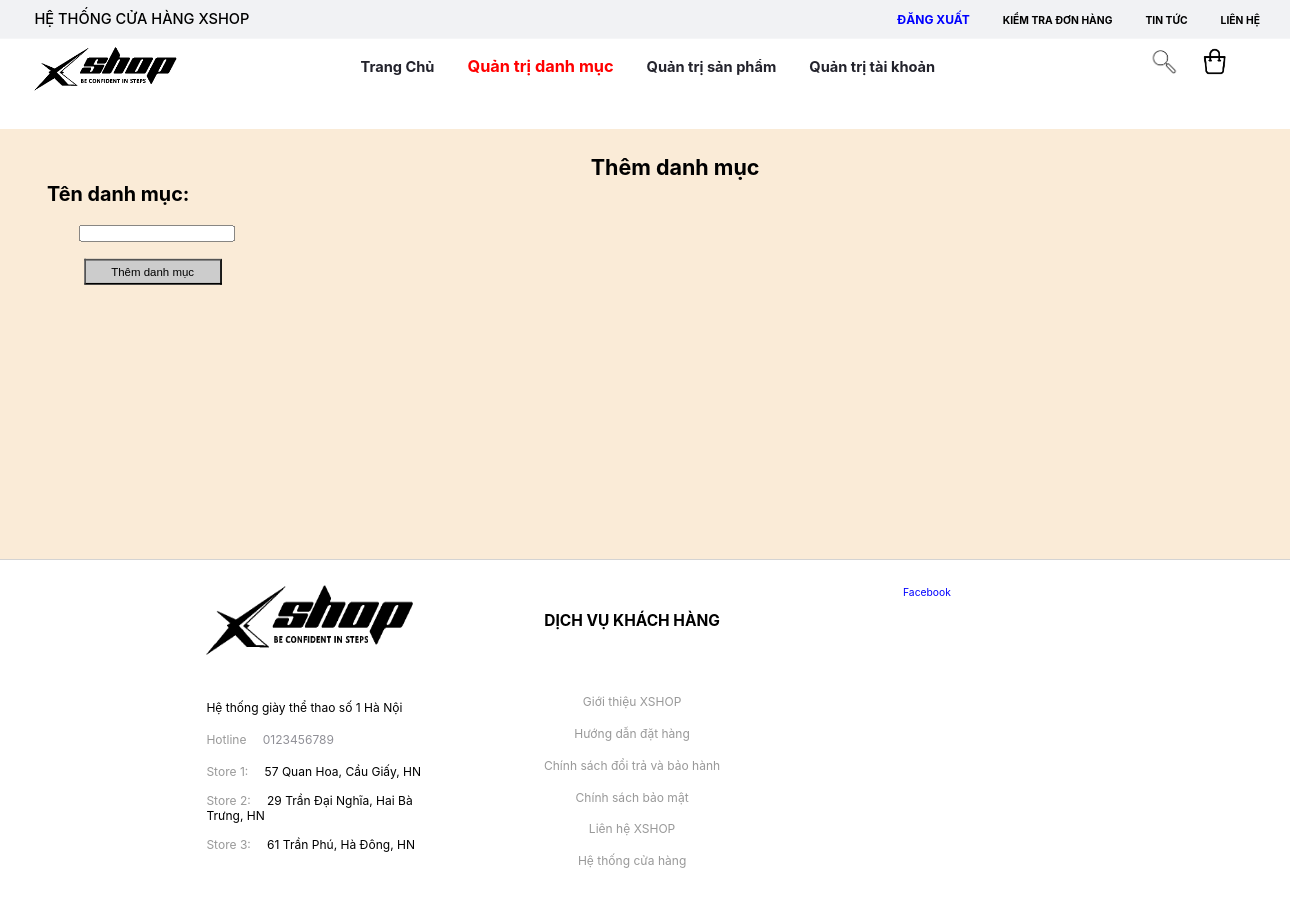
Repository: tienaq123/dam
Page: http://localhost/ass/ad/themdanhmuc.php
These files come from the project's save history. The page is drawn as it stood at one moment and after the next save; the edit follows.
The browser window is 1280 px wide. The page is 1500 px wide, so the pictures cover 1500 px, including what lies to the right of the window. The pictures show the whole page, at 86% of full size.
The page is run by PHP 8.4 with error messages shown; the project is at /var/www/html/.

Above is the page before, as saved 2021-10-14 06:05:28.

After the next save:
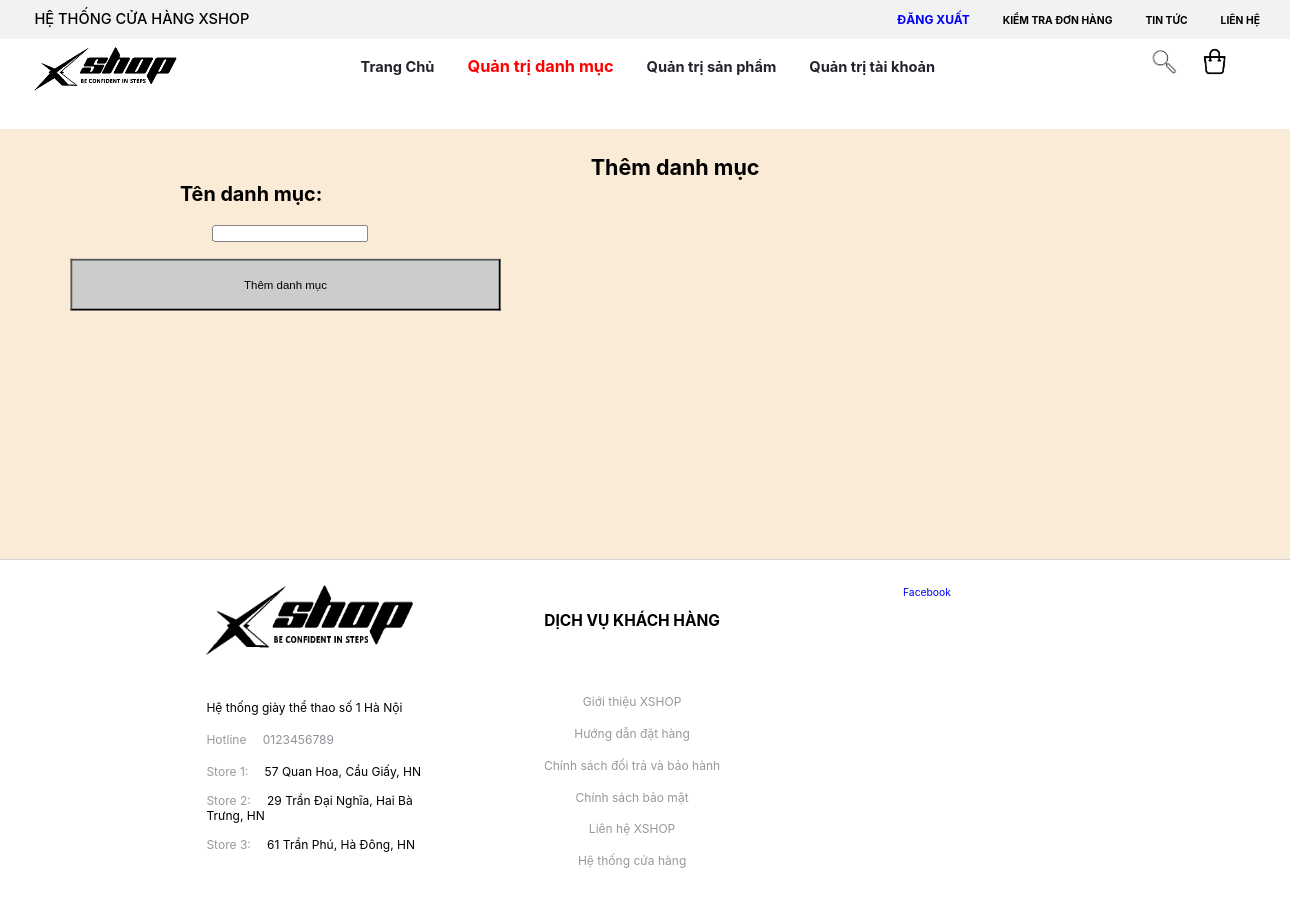
Saved 18 s later.
--- a/ad/themdanhmuc.php
+++ b/ad/themdanhmuc.php
@@ -59,7 +59,7 @@
                     <tr>
                         <td>
                         <input style="margin: 20px 0px 20px 90px; " type="text" name="tendanhmuc"> <br>
-                <input style="background-color: #ccc; width: 160px; height: 30px; margin:0px 0px 20px 80px;" type="submit" value="Thêm danh mục" name="btn">
+                <input style="background-color: #ccc; width: 500px; height: 60px; margin:0px 0px 20px 80px;" type="submit" value="Thêm danh mục" name="btn">
                         </td>
                     </tr>
                 </table>
